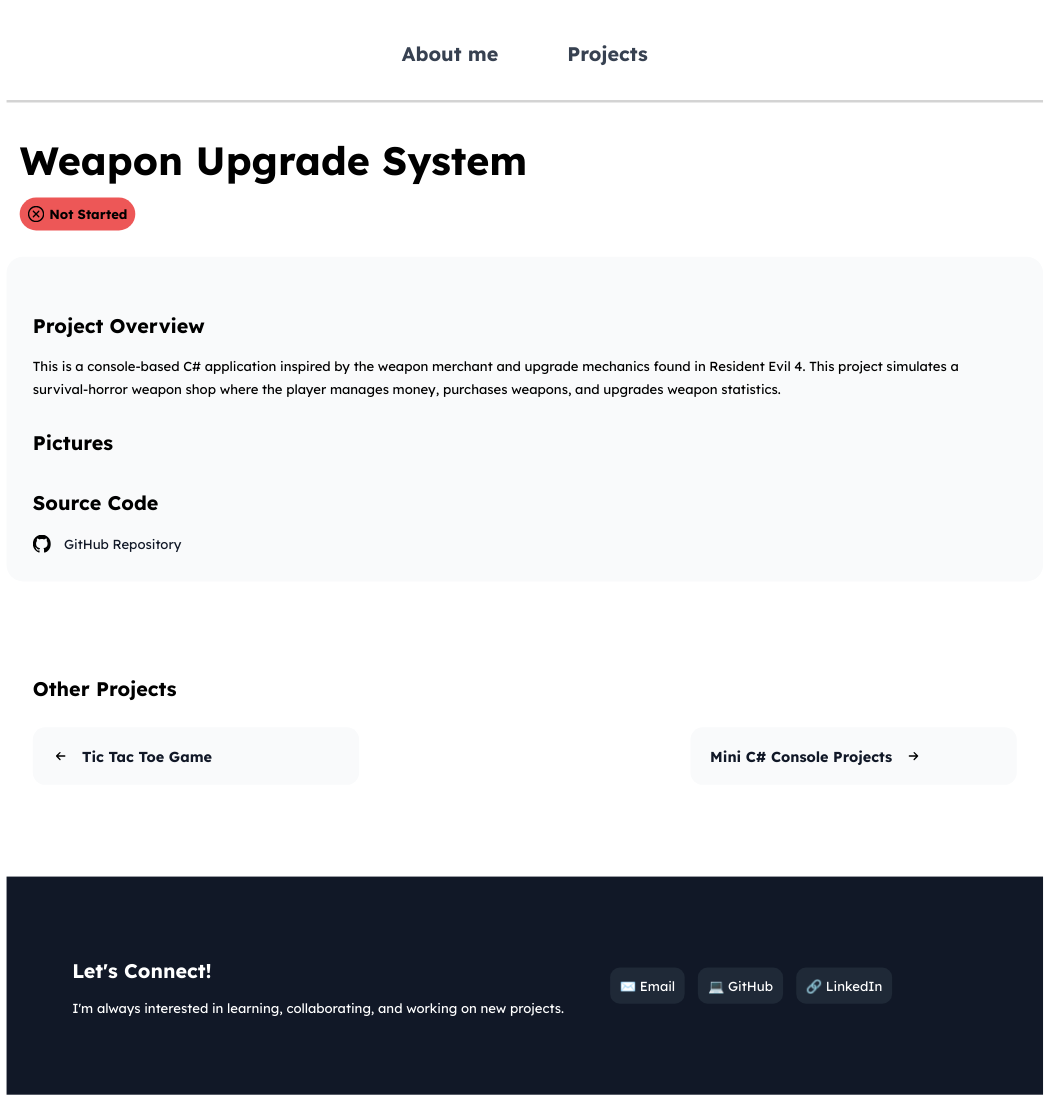
Repository: perrybalaba/perrybalaba
Page: pages/weapon-upgrade.html
An editor plug-in stored every save of this project. The page is shown before and after the next save, followed by the edit.
The browser window is 1280 px wide. The pictures show the whole page, at 82% of full size.

Above is the page before, as saved 2026-05-14 20:43:30.

### pages/weapon-upgrade.html
<!DOCTYPE html>
<html lang="en">
<head>
    <meta charset="UTF-8">
    <meta name="viewport" content="width=device-width, initial-scale=1.0">
    <title> Perry's Portfolio </title>
    <link rel="stylesheet" href="../styles/projects.css"/>
    <link rel="stylesheet" href="../styles/globals.css"/>
</head>
<body>
    <main>
        <!-- NAVIGATION BAR -->
        <nav class="Nav-Bar">
            <ul>
                <li><a href="../index.html"> About me </a></li>
                <li><a href="../pages/weapon-upgrade.html"> Projects </a></li>
            </ul>
        </nav>
        <!-- INFO -->
        <div class="Project-Info">
            <div class="Project-Info-Container">
                <h2> Weapon Upgrade System </h2>
                <div class="Project-Stats">
                    <span class="Not-Started">
                        <img src="../assets/images/no-svgrepo-com.svg" alt="not-started"/>
                        Not Started
                    </span>
                </div>
                <div class="Project-Info-Card">
                    <h3> Project Overview </h3>
                        <p>
                            This is a console-based C# application inspired by the weapon merchant and upgrade mechanics
                            found in Resident Evil 4. This project simulates a survival-horror weapon shop where the player
                            manages money, purchases weapons, and upgrades weapon statistics.
                        </p>
                    <h3> Pictures </h3>
                    <h3> Source Code </h3>
                    <div class="GitHub-Repo">
                        <a href="https://github.com/perrybalaba/Weapon-Upgrade-System.git">
                            <img src="../assets/images/github-142-svgrepo-com.svg" alt="github logo">
                            GitHub Repository
                        </a>
                    </div>
                </div>
            </div>

        </div>

        <!-- MORE PROJECTS -->
        <div class="Other-Projects">
            <h2> Other Projects </h2>
            <div class="Other-Projects-Container">
                <div class="Other-Projects-Card Left-Card">
                    <a href="./tic-tac-toe.html">
                    <img src="../assets/images/arrow-sm-left-svgrepo-com.svg">
                    Tic Tac Toe Game
                    </a>
                </div>

                <div class="Other-Projects-Card Right-Card">
                    <a href="./console-projects.html">
                        Mini C# Console Projects
                        <img src="../assets/images/arrow-sm-right-svgrepo-com.svg">
                    </a>
                </div>
            </div>
        </div>


        <!-- CONTACT -->
        <div class="Contact">
            <div class="Contact-Container">
                <div class="Contact-Text">
                    <h2> Let's Connect! </h2>
                    <p>
                        I'm always interested in learning, collaborating, and working on new projects.
                    </p>
                </div>

                <div class="Contact-Links">
                    <a href="mailto:balabaperry@gmail.com"> ✉️ Email</a>
                    <a href="https://github.com/perrybalaba"> 💻 GitHub </a>
                    <a href="https://www.linkedin.com/in/ann-karen-balaba-46b839387/"> 🔗 LinkedIn</a>
                </div>
            </div>
        </div>

    </main>
</body>
</html>

### styles/projects.css
/* NAVIGATION BAR */
.Nav-Bar {
    padding: 1rem;
    border-bottom: 3px solid lightgray;
}

nav ul {
    list-style: none;
    display: flex;
    justify-content: center;
    flex-wrap: wrap;
    gap: 2rem;
    padding: 0;
}

nav ul li a {
    display: block;
    text-align: center;
    padding: .75rem 1rem;
    text-decoration: none;
    color: #374151;
    font-weight: bold;
    padding: 10px;
    border-radius: 10px;
    font-size: 1rem;
    transition: 0.2s;
}

nav ul li a:hover {
    transform: scale(1.08);
    background-color: #f3f4f6;
    color: black;
}

/* PROJECT */
.Other-Projects {
    max-width: 1100px;
    margin: 0;
    padding: 2rem;
}

.Project-Info-Container h2 {
    font-size: 3rem;
    margin-bottom: 1rem;
    margin-left: 1rem;
}

.Project-Stats {
    margin-left: 1rem;
}

.Project-Stats {
    display: flex;
    gap: 1rem;
    flex-wrap: wrap;
    margin-bottom: 2rem;
}

.Work-In-Progress {
    display: flex;
    align-items: center;
    gap: 6px;
    background-color: #fffaaf;
    padding: 10px;
    border-radius: 1000px;
    font-weight: bold;
}

.Work-In-Progress img {
    width: 20px;
    height: 20px;
}

.Completed {
    display: flex;
    align-items: center;
    gap: 6px;
    background-color: #b5e8a4;
    padding: 10px;
    border-radius: 1000px;
    font-weight: bold;
}

.Completed img {
    width: 20px;
    height: 20px;
}

.Not-Started {
    display: flex;
    align-items: center;
    gap: 6px;
    background-color: #ed5757;
    padding: 10px;
    border-radius: 1000px;
    font-weight: bold;
}

.Not-Started img {
    width: 20px;
    height: 20px;
}

.Project-Info-Card {
    background-color: #f9fafb;
    padding: 2rem;
    border-radius: 20px;
    line-height: 1.7;
}

.Project-Info-Card h3 {
    font-size: 1.5rem;
    margin-bottom: 1rem;
    margin-top: 2rem;
}

.GitHub-Repo a {
    text-decoration: none;
    color: #111827;
    display: flex;
    align-items: center;
    gap: 1rem;
    transition: 0.2s ease;
}

/* GITHUB REPO */
.GitHub-Repo a:hover {
    transform: scale(1.01);
}

.GitHub-Repo img {
    width: 22px;
    height: 22px;
}

/* PROJECT PICTURES */
.Project-Pictures {
    display:grid;
    grid-template-columns: 1fr;
    gap: 1rem;
    margin-top: 1.5rem;
}

.Project-Pictures img {
    width: 100%;
    height: auto;
    border-radius: 15px;
    object-fit: cover;
    transition: 0.2s ease;
}

.Project-Pictures img:hover {
    transform: scale(1.02);
}

/* OTHER PROJECTS */
.Other-Projects {
    margin-top: 4rem;
    max-width: 1200px;
    padding: 2rem;
}

.Other-Projects-Container {
    display: flex;
    flex-direction: column;
    gap: 1rem;
    margin-top: 2rem;
}

.Other-Projects h2 {
    margin-bottom: 2rem;
}

.Other-Projects-Card {
    background-color: #f9fafb;
    padding: 1.5rem;
    border-radius: 15px;
    width: 100%;
    transition: 0.2s ease;
}

.Other-Projects-Card:hover {
    transform: translateY(-5px);
    background-color: #f3f4f6;
}

.Other-Projects-Card a {
    text-decoration: none;
    color: #111827;
    font-weight: bold;
    font-size: 1.1rem;
    display:flex;
    align-items: center;
    gap: 1rem;
}

.Other-Projects-Card img {
    width: 20px;
    height: 20px;
    transition: transform 0.2s ease;
}

.Left-Card:hover img {
    transform: translateX(-5px);
}

.Right-Card:hover img {
    transform: translateX(5px);
}

/* CONTACT */
.Contact {
    background-color: #111827;
    color: white;
    padding: 5rem;
    margin-top: 5rem;
}

.Contact-Container {
    display: flex;
    justify-content: space-between;
    align-items: center;
    max-width: 1000px;
    margin: 0;
    flex-wrap: wrap;
    gap: 2rem;
}

.Contact-Links {
    display: flex;
    gap: 1rem;
    flex-wrap: wrap;
}

.Contact-Links a {
    text-decoration: none;
    background-color: #1F2937;
    color: white;
    padding: 12px;
    border-radius: 12px;
    transition: 0.2s ease;
}

.Contact-Links a:hover {
    background-color: #374151;
    transform: scale(1.03);
}

### styles/globals.css
/* FONTS */
@font-face {
    font-family: "NotoSans";
    src: url(../assets/fonts/Noto_Sans/NotoSans-VariableFont_wdth\,wght.ttf);
}

@font-face {
    font-family: "Lexend";
    src: url(../assets/fonts/Lexend_Deca\,Noto_Sans/Lexend_Deca/LexendDeca-VariableFont_wght.ttf);
}

.Home-Header {
    font-family: "NotoSans";
}

.Nav-Bar {
    font-family: "Lexend";
}

main {
    font-family: "Lexend";
}

/* TABLET DESIGN */
@media (min-width: 768px) {
    /* NAVIGATION BAR */
    nav ul li a {
        font-size: 1.3rem;
    }

    /* HEADER */
    .Home-Header {
        font-size: 2.2rem;
    }

    /* ABOUT ME */
    .Info {
        flex-direction: row;
        justify-content: center;
        align-items: center;
        gap: 2rem;
        padding: 2rem;
    }

    .Description {
        width: 60%;
        max-width: 600px;
    }

    .Info img {
        max-width: 300px;
        width: 40%;
    }

    /* SKILLS */
    .Skill-Card {
        width: 260px;
    }

    .Skill-Icons img {
        width: 50px;
        height: 50px;
    }

    /* PROJECT PICTURES */
    .Project-Pictures {
        grid-template-columns: repeat(1, 1fr);
    }

    /* OTHER PROJECTS */
    .Other-Projects-Container {
        flex-direction: row;
        justify-content: space-between;
        align-items: center;
    }

    .Other-Projects-Card {
        width: 300px;
    }
}

/* DESKTOP */
@media (min-width: 1024px) {

    /* NAVIGATION */
    nav ul {
        gap: 4rem;
    }

    nav ul li a {
        font-size: 1.5rem;
    }

    /* ABOUT ME */
    .Info {
        gap: 5rem;
        padding: 4rem;
        justify-content: center;
        flex-direction: row;
        align-items: center;
    }

    .Description {
        max-width: 650px;
        font-size: 1.2rem;
        display: flex;
        flex-direction: column;
        align-items: center;
        justify-content: center;
        gap: 1rem;
    }

    .Info img {
        max-width: 500px;
    }

    .Home-Header {
        font-size: 4rem;
    }

    /* SKILLS */
    .Skill-Container {
        gap: 3rem;
    }

    .Skill-Card {
        width: 280px;
    }

    .Skill-Icons img {
        width: 80px;
        height: 80px;
    }

    /* SKILLS */
    .Projects-Container {
        display: flex;
        flex-direction: column;
        align-items: center;
    }

    .Project-Card {
        width: 100%;
        max-width: 850px;
        margin: 0 auto;
    }

    /* PROJECT PICTURES */
    .Project-Pictures {
        grid-template-columns: repeat(1, 1fr);
        gap: 1.5rem;
    }

    /* OTHER PROJECTS */
    .Other-Projects-Container {
        justify-content: space-between;
        align-items: center;
    }

    .Other-Projects-Card {
        width: 350px;
        padding: 1.5rem;
    }

    .Other-Projects-Card a {
        font-size: 1.1rem;
    }
}

After the next save:
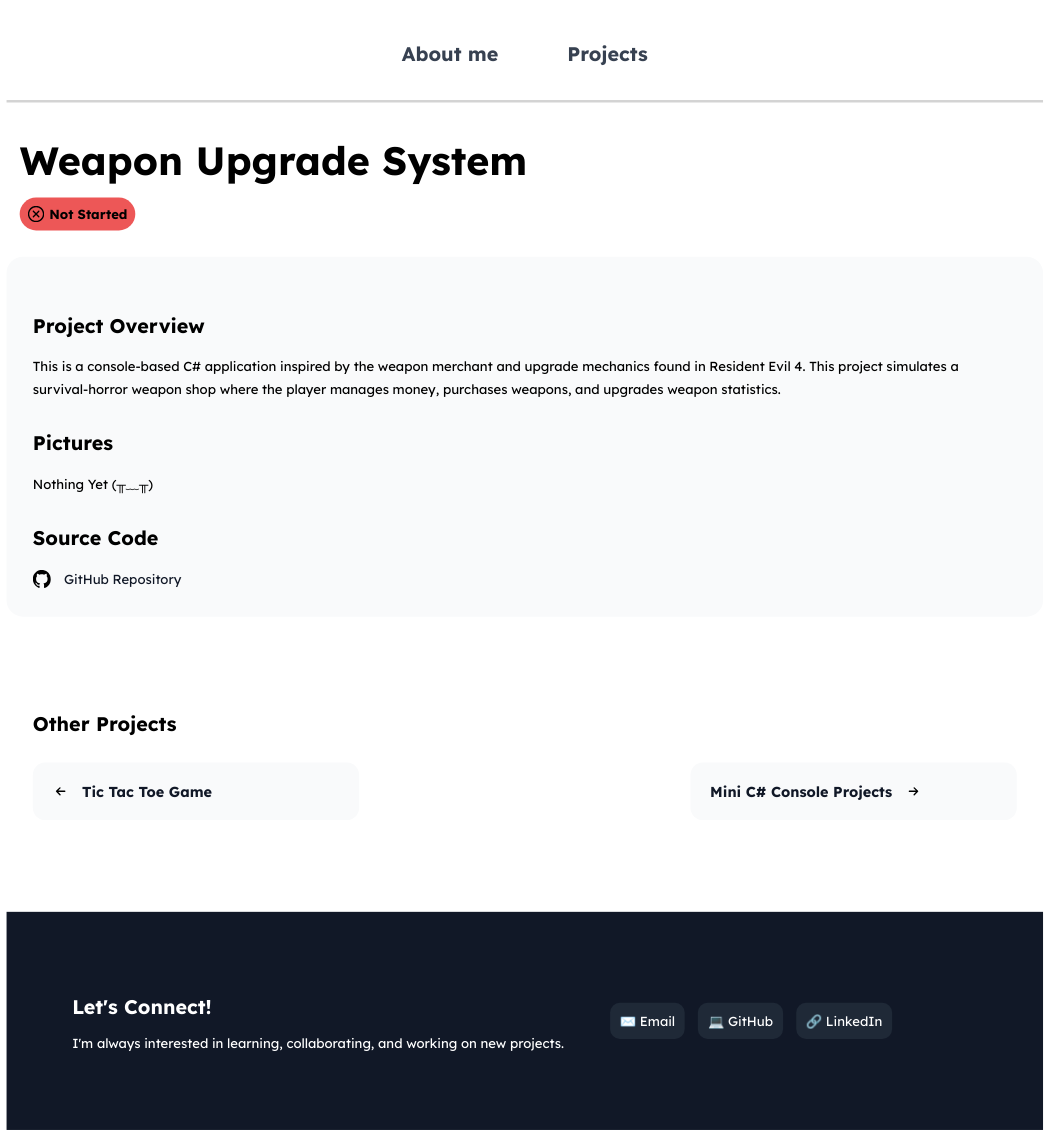
Saved 2 min 47 s later.
--- a/pages/weapon-upgrade.html
+++ b/pages/weapon-upgrade.html
@@ -34,6 +34,7 @@
                             manages money, purchases weapons, and upgrades weapon statistics.
                         </p>
                     <h3> Pictures </h3>
+                    <p> Nothing Yet (╥﹏╥) </p>
                     <h3> Source Code </h3>
                     <div class="GitHub-Repo">
                         <a href="https://github.com/perrybalaba/Weapon-Upgrade-System.git">
